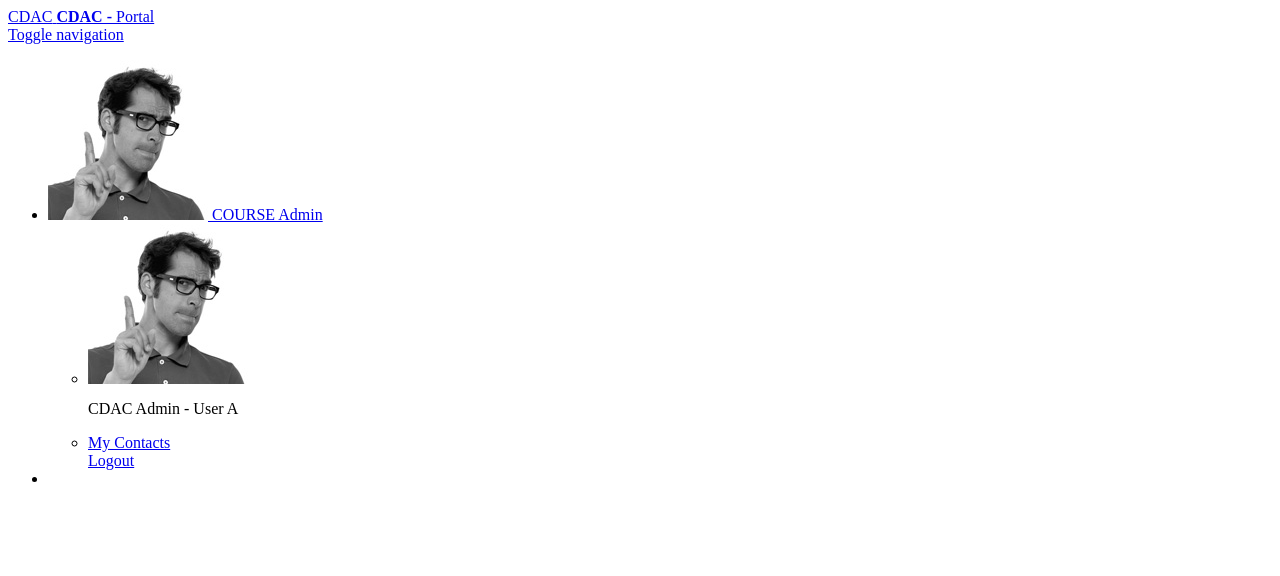
Repository: team-alpha-cdac/cdac-project-280719
Page: http://localhost/course/faculty/fragments/header
The author's editor kept a copy of each file at every save. The page is drawn from the files as they stood at one save, then again after the next save.
The browser window is 1280 px wide. The pictures show the whole page.
The page is this project's Thymeleaf template; nobody is signed in. The template is opened directly, without the code that normally fills it, so the values that code supplies are empty.

Above is the page before, as saved 2019-07-29 10:05:22.

### cdac-project/src/main/resources/templates/course/faculty/fragments/header.html
<!-- Logo -->
<a href="index2.html" class="logo">
    <!-- mini logo for sidebar mini 50x50 pixels -->
    <span class="logo-mini">CDAC</span>
    <!-- logo for regular state and mobile devices -->
    <span class="logo-lg"><b>CDAC - </b>Portal</span>
</a>
<!-- Header Navbar: style can be found in header.less -->
<nav class="navbar navbar-static-top">
    <!-- Sidebar toggle button-->
    <a href="#" class="sidebar-toggle" data-toggle="offcanvas" role="button">
        <span class="sr-only">Toggle navigation</span>
    </a>

    <div class="navbar-custom-menu">
        <ul class="nav navbar-nav">
            <!-- User Account: style can be found in dropdown.less -->
            <li class="dropdown user user-menu">
                <a href="#" class="dropdown-toggle" data-toggle="dropdown">
                    <img src="dist/img/user2-160x160.jpg" class="user-image" alt="User Image" />
                    <span class="hidden-xs">COURSE Admin</span>
                </a>
                <ul class="dropdown-menu">
                    <!-- User image -->
                    <li class="user-header">
                        <img src="dist/img/user2-160x160.jpg" class="img-circle" alt="User Image" />

                        <p>
                            CDAC Admin - User A
                        </p>
                    </li>
                    <!-- Menu Footer-->
                    <li class="user-footer">
                        <div class="pull-left">
                            <a href="#" class="btn btn-default btn-flat">My Contacts</a>
                        </div>
                        <div class="pull-right">
                            <a href="/logout" class="btn btn-default btn-flat">Logout</a>
                        </div>
                    </li>
                </ul>
            </li>
            <!-- Control Sidebar Toggle Button -->
            <li>
                <a href="#" data-toggle="control-sidebar"><i class="fa fa-gears"></i></a>
            </li>
        </ul>
    </div>
</nav>

After the next save:
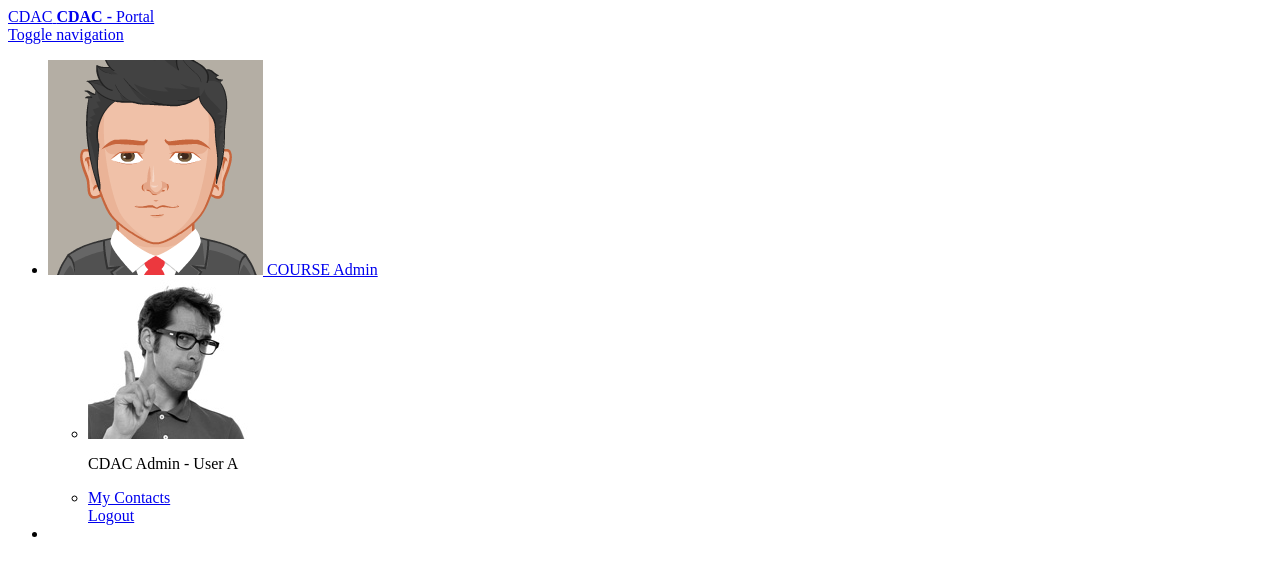
Saved 32 s later.
--- a/cdac-project/src/main/resources/templates/course/faculty/fragments/header.html
+++ b/cdac-project/src/main/resources/templates/course/faculty/fragments/header.html
@@ -17,7 +17,7 @@
             <!-- User Account: style can be found in dropdown.less -->
             <li class="dropdown user user-menu">
                 <a href="#" class="dropdown-toggle" data-toggle="dropdown">
-                    <img src="dist/img/user2-160x160.jpg" class="user-image" alt="User Image" />
+                    <img src="dist/img/avatar5.png" class="user-image" alt="User Image" />
                     <span class="hidden-xs">COURSE Admin</span>
                 </a>
                 <ul class="dropdown-menu">
